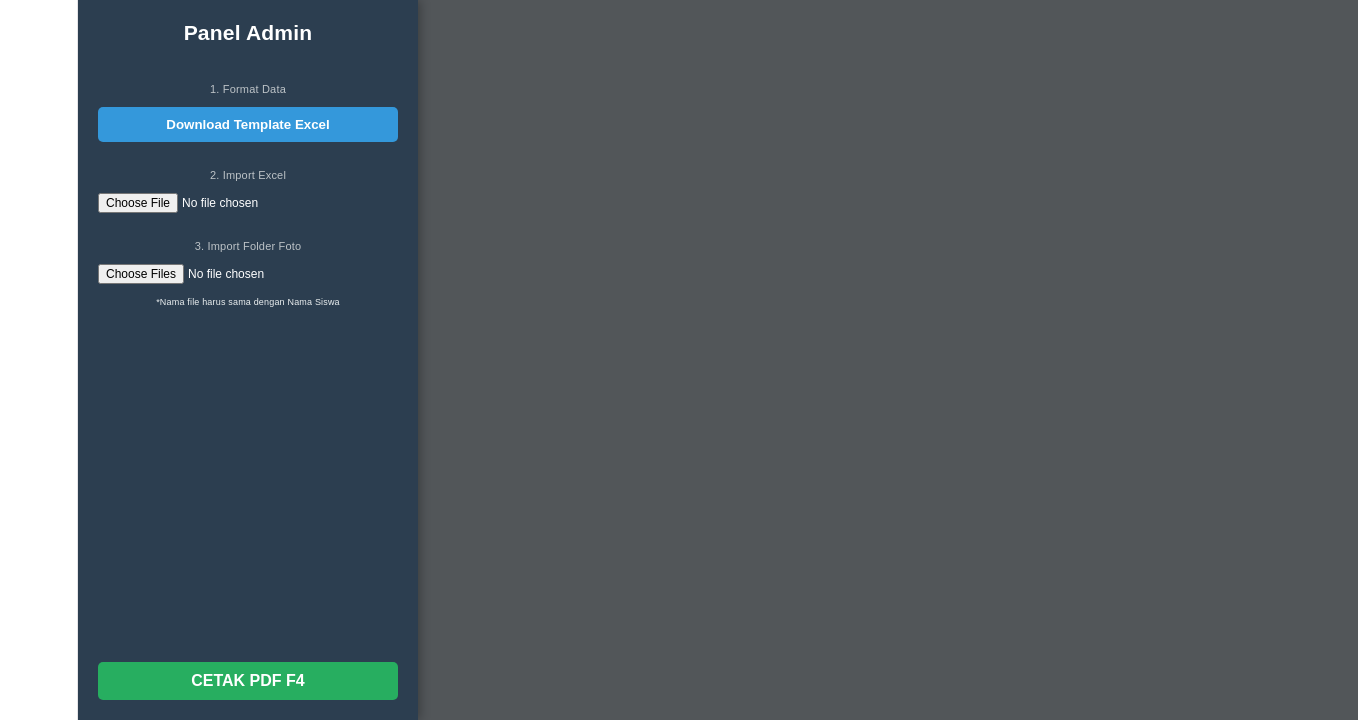
Repository: UsmanAzizz/generator-kartu-tes
Page: /
An editor plug-in stored every save of this project. The page is shown before and after the next save, followed by the edit.
The browser window is 1280 px wide. The page is 1358 px wide, so the pictures cover 1358 px, including what lies to the right of the window. The pictures show the whole page.
The project was rebuilt for these pictures with package versions that can differ from the ones it lists, and the page was loaded fresh each time. Also part of the build but not shown: vite.config.js.

Above is the page before, as saved 2026-03-18 17:00:32.

### index.html
<!doctype html>
<html lang="en">
  <head>
    <meta charset="UTF-8" />
    <link rel="icon" type="image/svg+xml" href="/favicon.svg" />
    <meta name="viewport" content="width=device-width, initial-scale=1.0" />
    <title>generator-kartu</title>
  </head>
  <body>
    <div id="root"></div>
    <script type="module" src="/src/main.jsx"></script>
  </body>
</html>

### src/index.css
:root {
  --text: #6b6375;
  --text-h: #08060d;
  --bg: #fff;
  --border: #e5e4e7;
  --code-bg: #f4f3ec;
  --accent: #aa3bff;
  --accent-bg: rgba(170, 59, 255, 0.1);
  --accent-border: rgba(170, 59, 255, 0.5);
  --social-bg: rgba(244, 243, 236, 0.5);
  --shadow:
    rgba(0, 0, 0, 0.1) 0 10px 15px -3px, rgba(0, 0, 0, 0.05) 0 4px 6px -2px;

  --sans: system-ui, 'Segoe UI', Roboto, sans-serif;
  --heading: system-ui, 'Segoe UI', Roboto, sans-serif;
  --mono: ui-monospace, Consolas, monospace;

  font: 18px/145% var(--sans);
  letter-spacing: 0.18px;
  color-scheme: light dark;
  color: var(--text);
  background: var(--bg);
  font-synthesis: none;
  text-rendering: optimizeLegibility;
  -webkit-font-smoothing: antialiased;
  -moz-osx-font-smoothing: grayscale;

  @media (max-width: 1024px) {
    font-size: 16px;
  }
}

@media (prefers-color-scheme: dark) {
  :root {
    --text: #9ca3af;
    --text-h: #f3f4f6;
    --bg: #16171d;
    --border: #2e303a;
    --code-bg: #1f2028;
    --accent: #c084fc;
    --accent-bg: rgba(192, 132, 252, 0.15);
    --accent-border: rgba(192, 132, 252, 0.5);
    --social-bg: rgba(47, 48, 58, 0.5);
    --shadow:
      rgba(0, 0, 0, 0.4) 0 10px 15px -3px, rgba(0, 0, 0, 0.25) 0 4px 6px -2px;
  }

  #social .button-icon {
    filter: invert(1) brightness(2);
  }
}

body {
  margin: 0;
}

#root {
  width: 1126px;
  max-width: 100%;
  margin: 0 auto;
  text-align: center;
  border-inline: 1px solid var(--border);
  min-height: 100svh;
  display: flex;
  flex-direction: column;
  box-sizing: border-box;
}

h1,
h2 {
  font-family: var(--heading);
  font-weight: 500;
  color: var(--text-h);
}

h1 {
  font-size: 56px;
  letter-spacing: -1.68px;
  margin: 32px 0;
  @media (max-width: 1024px) {
    font-size: 36px;
    margin: 20px 0;
  }
}
h2 {
  font-size: 24px;
  line-height: 118%;
  letter-spacing: -0.24px;
  margin: 0 0 8px;
  @media (max-width: 1024px) {
    font-size: 20px;
  }
}
p {
  margin: 0;
}

code,
.counter {
  font-family: var(--mono);
  display: inline-flex;
  border-radius: 4px;
  color: var(--text-h);
}

code {
  font-size: 15px;
  line-height: 135%;
  padding: 4px 8px;
  background: var(--code-bg);
}

### src/App.jsx
import { useState, useRef, useEffect } from 'react';
import jsPDF from 'jspdf';
import html2canvas from 'html2canvas';
import * as XLSX from 'xlsx';

import kopImage from './image.png';
import dummyFoto from './aji.jpg';

function App() {
  const [students, setStudents] = useState([]);
  const [photoMap, setPhotoMap] = useState({});
  const contentRef = useRef(null);

  useEffect(() => {
    document.body.style.overflow = 'hidden';
    return () => { document.body.style.overflow = 'auto'; };
  }, []);

  // --- LOGIKA IMPORT ---

const downloadTemplate = () => {
  const data = [
    { Nama: "ALYA JESIKA", Kelas: "X AKL", No_Pst: "2025/UKK/101" }, // Header adalah No_Pst
  ];
    const worksheet = XLSX.utils.json_to_sheet(data);
    const workbook = XLSX.utils.book_new();
    XLSX.utils.book_append_sheet(workbook, worksheet, "Data_Siswa");
    XLSX.writeFile(workbook, "template_ukk.xlsx");
  };

const handleExcelUpload = (e) => {
  const file = e.target.files[0];
  if (!file) return;
  const reader = new FileReader();
  reader.onload = (evt) => {
    const bstr = evt.target.result;
    const wb = XLSX.read(bstr, { type: 'binary' });
    const ws = wb.Sheets[wb.SheetNames[0]];
    const data = XLSX.utils.sheet_to_json(ws);

    const mapped = data.map((item, index) => ({
      id: index + 1,
      nama: item.Nama || item.nama || "NAMA TIDAK ADA",
      kelas: item.Kelas || item.kelas || "-",
      // Coba baca No_Pst atau No_pst atau No Pst
      username: item.No_Pst || item.No_pst || item['No Pst'] || item['Nomor Peserta'] || "-",
    }));
    setStudents(mapped);
  };
  reader.readAsBinaryString(file);
};

  const handleFolderUpload = (e) => {
    const files = Array.from(e.target.files);
    const newPhotoMap = {};
    files.forEach(file => {
      const nameOnly = file.name.replace(/\.[^/.]+$/, "").toUpperCase().trim();
      newPhotoMap[nameOnly] = URL.createObjectURL(file);
    });
    setPhotoMap(newPhotoMap);
  };

  const downloadPDF = async () => {
    const element = contentRef.current;
    const pdf = new jsPDF('p', 'mm', [210, 330]);
    const pages = element.querySelectorAll('.page-break');
    for (let i = 0; i < pages.length; i++) {
      const canvas = await html2canvas(pages[i], { scale: 3, useCORS: true, logging: false });
      const imgData = canvas.toDataURL('image/png');
      if (i > 0) pdf.addPage('p', 'mm', [210, 330]);
      pdf.addImage(imgData, 'PNG', 0, 0, 210, 330);
    }
    pdf.save("kartu-peserta-ukk-f4.pdf");
  };

  // --- STYLING (MEMPERTAHANKAN PREVIEW ANDA) ---

  const styles = {
    wrapper: {
      backgroundColor: '#525659',
      height: '100vh',
      width: '100vw',
      fontFamily: 'Arial, sans-serif',
      overflow: 'hidden',
      display: 'flex'
    },
    sidebar: {
      width: '300px',
      backgroundColor: '#2c3e50',
      color: 'white',
      padding: '20px',
      display: 'flex',
      flexDirection: 'column',
      gap: '20px',
      zIndex: 1000,
      boxShadow: '2px 0 10px rgba(0,0,0,0.3)'
    },
    previewArea: {
      flex: 1,
      overflowY: 'auto',
      padding: '40px 0',
      display: 'flex',
      flexDirection: 'column',
      alignItems: 'center'
    },
    page: {
      width: '210mm', height: '330mm',
      backgroundColor: 'white', marginBottom: '40px',
      display: 'grid', gridTemplateColumns: 'repeat(2, 1fr)', gridTemplateRows: 'repeat(4, 1fr)',
      boxSizing: 'border-box', boxShadow: '0 0 20px rgba(0,0,0,0.5)',
      overflow: 'hidden', flexShrink: 0
    },
    cardSlot: (index) => ({
      display: 'flex', alignItems: 'center', justifyContent: 'center',
      boxSizing: 'border-box', height: '100%', width: '100%',
      borderRight: (index % 2 === 0) ? '0.5mm dashed #ccc' : 'none',
      borderBottom: (index < 6) ? '0.5mm dashed #ccc' : 'none',
    }),
    card: {
      width: '99mm', height: '78mm', backgroundColor: 'white', border: '1px solid #ddd',
      borderRadius: '10px', padding: '2mm', boxSizing: 'border-box', display: 'flex',
      flexDirection: 'column', position: 'relative',
    },
    headerKop: { width: '100%', height: '70px', marginBottom: '6px' },
    titleSection: { textAlign: 'center', marginBottom: '8px' },
    titleText: { fontSize: '9pt', fontWeight: 'bold', margin: '0', lineHeight: '1.2', color: '#000' },
    mainContent: { display: 'flex', gap: '12px', marginTop: '5px' },
    fotoWrapper: { width: '18mm', height: '24mm', flexShrink: 0, overflow: 'hidden', marginLeft: '1.5mm' },
    infoTable: { fontSize: '9pt', width: '100%', height: '90%', textAlign: 'left', borderCollapse: 'collapse', color: '#000' },
    footerArea: { marginTop: 'auto', textAlign: 'right', fontSize: '8pt', lineHeight: '1.1', color: '#000' },
    signature: { fontWeight: 'bold', marginTop: '10mm' },
    sideBtn: { padding: '10px', borderRadius: '5px', border: 'none', cursor: 'pointer', fontWeight: 'bold', backgroundColor: '#3498db', color: 'white' }
  };

  const chunkData = (arr, size) => {
    return Array.from({ length: Math.ceil(arr.length / size) }, (v, i) => arr.slice(i * size, i * size + size));
  };

  const pages = chunkData(students, 8);

  return (
    <div style={styles.wrapper}>
      {/* SIDEBAR PANEL */}
      <div style={styles.sidebar}>
        <h3 style={{margin: '0 0 10px 0'}}>Panel Admin</h3>

        <div style={{display: 'flex', flexDirection: 'column', gap: '5px'}}>
          <label style={{fontSize: '11px', color: '#bdc3c7'}}>1. Format Data</label>
          <button style={styles.sideBtn} onClick={downloadTemplate}>Download Template Excel</button>
        </div>

        <div style={{display: 'flex', flexDirection: 'column', gap: '5px'}}>
          <label style={{fontSize: '11px', color: '#bdc3c7'}}>2. Import Excel</label>
          <input type="file" accept=".xlsx" onChange={handleExcelUpload} style={{fontSize: '12px'}} />
        </div>

        <div style={{display: 'flex', flexDirection: 'column', gap: '5px'}}>
          <label style={{fontSize: '11px', color: '#bdc3c7'}}>3. Import Folder Foto</label>
          <input type="file" webkitdirectory="true" multiple onChange={handleFolderUpload} style={{fontSize: '12px'}} />
          <small style={{fontSize: '9px', color: '#ecf0f1'}}>*Nama file harus sama dengan Nama Siswa</small>
        </div>

        <button
          style={{...styles.sideBtn, backgroundColor: '#27ae60', marginTop: 'auto', fontSize: '16px'}}
          onClick={downloadPDF}
        >
          CETAK PDF F4
        </button>
      </div>

      {/* PREVIEW AREA (TETAP SEPERTI ASLI) */}
      <div style={styles.previewArea}>
        <div ref={contentRef}>
          {pages.map((pageStudents, pageIdx) => (
            <div key={pageIdx} className="page-break" style={styles.page}>
              {pageStudents.map((std, index) => {
                const photoSrc = photoMap[std.nama.toUpperCase().trim()] || dummyFoto;
                return (
                  <div key={std.id} style={styles.cardSlot(index)}>
                    <div style={styles.card}>
                      <img src={kopImage} alt="KOP" style={styles.headerKop} />
                      <div style={styles.titleSection}>
                        <p style={styles.titleText}>KARTU PESERTA</p>
                        <p style={styles.titleText}>UJI KOMPETENSI KEAHLIAN</p>
                      </div>
                      <div style={styles.mainContent}>
                        <div style={styles.fotoWrapper}>
                          <img src={photoSrc} alt="User" style={{width: '100%', height: '100%', objectFit: 'cover'}} />
                        </div>
                        <table style={styles.infoTable}>
                          <tbody>
                            <tr><td width="60">Nama</td><td width="10">:</td><td>{std.nama}</td></tr>
                            <tr><td>Kelas</td><td>:</td><td>{std.kelas}</td></tr>
                            <tr><td>No. Pst.</td><td>:</td><td>{std.username}</td></tr>
                          </tbody>
                        </table>
                      </div>
                      <div style={styles.footerArea}>
                        <div>Cipari, 18 Maret 2026</div>
                        <div>Kepala Sekolah,</div>
                        <div style={styles.signature}>Lestari Kurniawati, S.Pd.</div>
                      </div>
                    </div>
                  </div>
                );
              })}
            </div>
          ))}
        </div>
      </div>
    </div>
  );
}

export default App;

Loaded but not shown: src/main.jsx (common file)

After the next save:
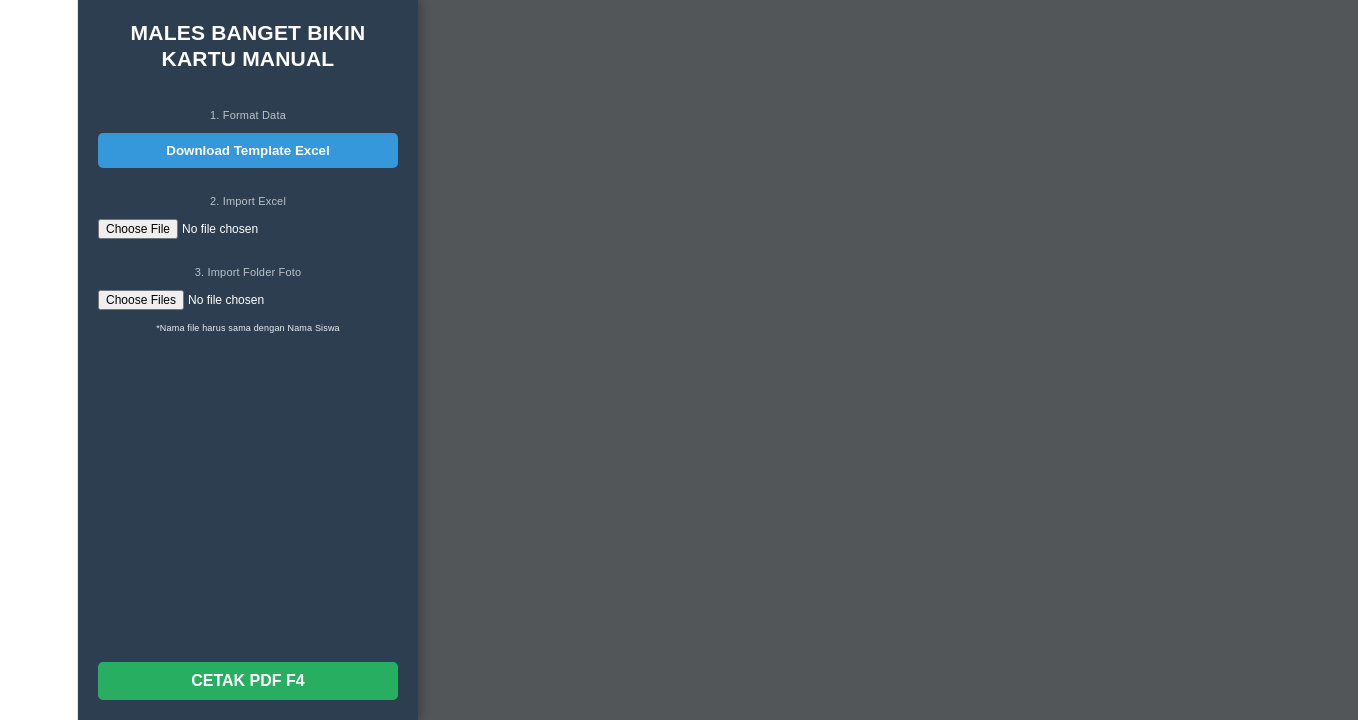
Saved 82 s later.
--- a/src/App.jsx
+++ b/src/App.jsx
@@ -142,7 +142,7 @@
     <div style={styles.wrapper}>
       {/* SIDEBAR PANEL */}
       <div style={styles.sidebar}>
-        <h3 style={{margin: '0 0 10px 0'}}>Panel Admin</h3>
+        <h3 style={{margin: '0 0 10px 0'}}>MALES BANGET BIKIN KARTU MANUAL</h3>
 
         <div style={{display: 'flex', flexDirection: 'column', gap: '5px'}}>
           <label style={{fontSize: '11px', color: '#bdc3c7'}}>1. Format Data</label>
